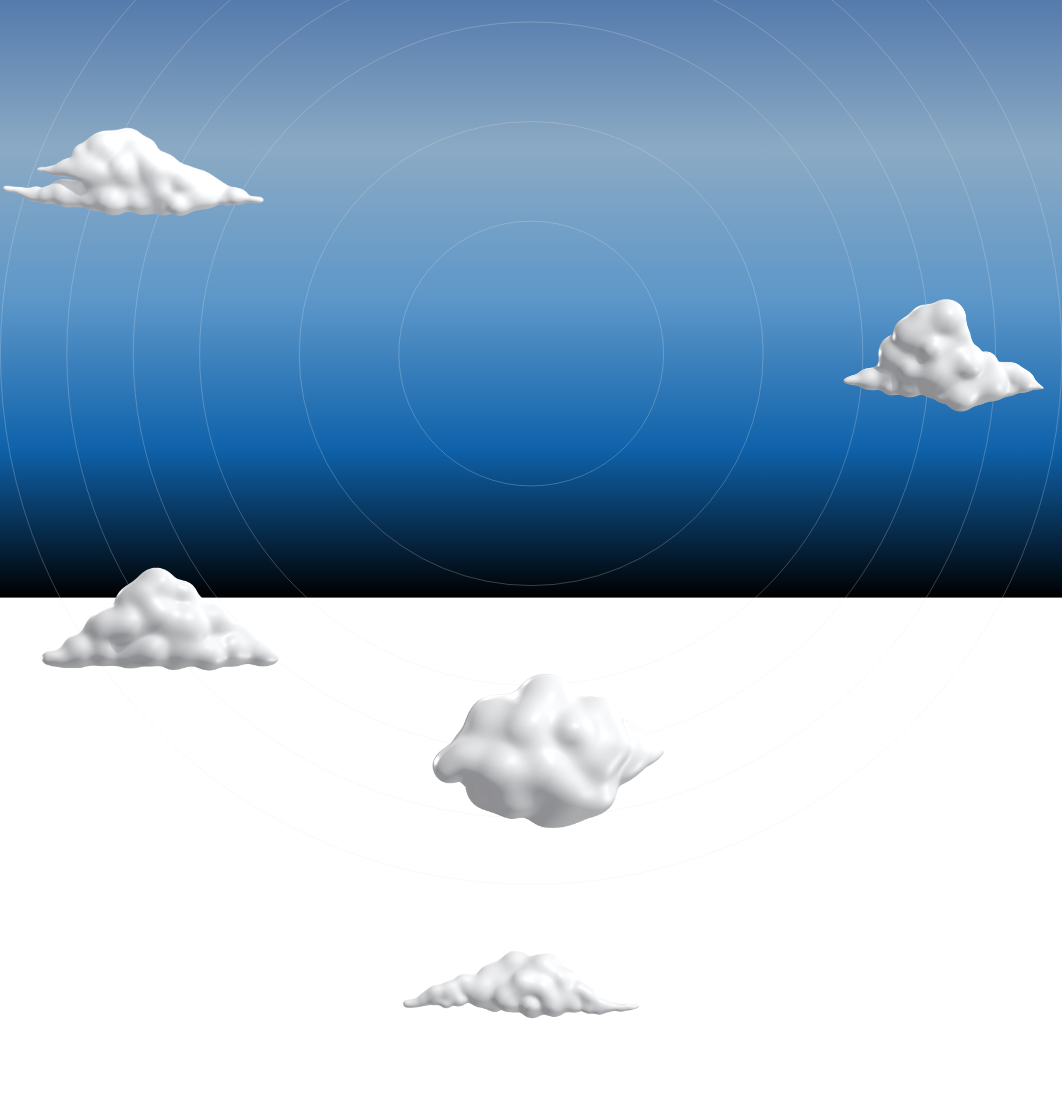
Repository: GG1627/2d-portfolio
Page: /
An editor plug-in stored every save of this project. The page is shown before and after the next save, followed by the edit.
The browser window is 1280 px wide. The pictures show the whole page, at 83% of full size.
The project was rebuilt for these pictures with package versions that can differ from the ones it lists, and the page was loaded fresh each time. The framework's server and built-in components were replaced by stand-ins that run in the browser. Also part of the build but not shown: next.config.ts.

Above is the page before, as saved 2025-01-07 15:28:13.

### app/page.tsx
import Image from "next/image";
import { Hero } from "./components/ui/Hero";

export default function Home() {
  return (
    <div>
      <Hero />
    </div>
  );
}

### app/components/ui/Hero.tsx
"use client";
import Image from "next/image";
import profilepic from "../assets/profilepic.png";
import { TypeAnimation } from "react-type-animation";
import React, { useRef } from "react";
import ParallaxClouds from "./Clouds";

export const Hero = () => {
  const parallaxRef = useRef<HTMLDivElement>(null); // Keeps it flexible

  return (
    <div
      style={{
        background:
          "linear-gradient(180deg, #557BAD, #8BAAC4, #5D97C9, #0F62AB, #000)",
      }}
      className="overflow-x-clip min-h-screen pt-12 flex items-center justify-center"
    >
      <ParallaxClouds />
    </div>
  );
};

### app/components/ui/Clouds.tsx
import React, { useEffect, useState } from "react";
import Cloud1 from "../../assets/cloud1.png";
import Cloud2 from "../../assets/cloud2.png";
import Cloud3 from "../../assets/cloud3.png";
import Cloud4 from "../../assets/cloud4.png";
import Cloud5 from "../../assets/cloud5.png";
import Image from "next/image";
import { Circles } from "./Circles";

const ParallaxClouds = () => {
  const [mousePosition, setMousePosition] = useState({ x: 0, y: 0 });
  const [cloudsPosition, setCloudsPosition] = useState({
    cloud1: { x: 0, y: 0 },
    cloud2: { x: 0, y: 0 },
    cloud3: { x: 0, y: 0 },
    cloud4: { x: 0, y: 0 },
    cloud5: { x: 0, y: 0 },
  });

  // Track mouse position
  const handleMouseMove = (e: MouseEvent) => {
    const { clientX, clientY } = e;
    setMousePosition({ x: clientX, y: clientY });
  };

  // Calculate cloud positions based on mouse position
  useEffect(() => {
    const updateCloudPositions = () => {
      setCloudsPosition({
        cloud1: {
          x: (mousePosition.x - window.innerWidth / 2) * 0.05,
          y: (mousePosition.y - window.innerHeight / 2) * 0.05,
        },
        cloud2: {
          x: (mousePosition.x - window.innerWidth / 2) * 0.1,
          y: (mousePosition.y - window.innerHeight / 2) * 0.1,
        },
        cloud3: {
          x: (mousePosition.x - window.innerWidth / 2) * 0.15,
          y: (mousePosition.y - window.innerHeight / 2) * 0.15,
        },
        cloud4: {
          x: (mousePosition.x - window.innerWidth / 2) * 0.2,
          y: (mousePosition.y - window.innerHeight / 2) * 0.2,
        },
        cloud5: {
          x: (mousePosition.x - window.innerWidth / 2) * 0.25,
          y: (mousePosition.y - window.innerHeight / 2) * 0.25,
        },
      });
    };

    updateCloudPositions();
  }, [mousePosition]); // Update whenever the mouse position changes

  // Add event listener for mouse movement
  useEffect(() => {
    window.addEventListener("mousemove", handleMouseMove);

    // Clean up the event listener
    return () => {
      window.removeEventListener("mousemove", handleMouseMove);
    };
  }, []);

  return (
    <div className="absolute top-[-45%] left-[50%] w-[78rem] -translate-x-1/2 aspect-square">
      <Circles />
      <Image
        src={Cloud1}
        alt="cloud 1"
        className="relative"
        style={{
          left: `calc(0% + ${cloudsPosition.cloud1.x}px)`,
          top: `calc(30% + ${cloudsPosition.cloud1.y}px)`,
          width: "350px", // Make the cloud smaller
          transition: "transform 0.1s ease-out",
        }}
      />
      <Image
        src={Cloud2}
        alt="cloud 2"
        className="relative"
        style={{
          left: `calc(85% + ${cloudsPosition.cloud2.x}px)`,
          top: `calc(25% + ${cloudsPosition.cloud2.y}px)`,
          width: "250px", // Make the cloud smaller
          transition: "transform 0.1s ease-out",
        }}
      />
      <Image
        src={Cloud3}
        alt="cloud 3"
        className="relative"
        style={{
          left: `calc(10% + ${cloudsPosition.cloud3.x}px)`,
          top: `calc(30% + ${cloudsPosition.cloud3.y}px)`,
          width: "300px", // Make the cloud smaller
          transition: "transform 0.1s ease-out",
        }}
      />
      <Image
        src={Cloud4}
        alt="cloud 4"
        className="relative"
        style={{
          left: `calc(50% + ${cloudsPosition.cloud4.x}px)`,
          top: `calc(20% + ${cloudsPosition.cloud4.y}px)`,
          width: "300px", // Make the cloud smaller
          transition: "transform 0.1s ease-out",
        }}
      />
      <Image
        src={Cloud5}
        alt="cloud 5"
        className="relative"
        style={{
          left: `calc(50% + ${cloudsPosition.cloud5.x}px)`,
          top: `calc(20% + ${cloudsPosition.cloud5.y}px)`,
          width: "300px", // Make the cloud smaller

          transition: "transform 0.1s ease-out",
        }}
      />
    </div>
  );
};

export default ParallaxClouds;

### app/components/ui/Circles.tsx
export const Circles = () => {
  return (
    <>
      <div className="aspect-square absolute opacity-30 top-1/2 left-1/2 w-[60rem] border rounded-full -translate-x-1/2 -translate-y-1/2"></div>
      <div className="aspect-square absolute opacity-30 top-1/2 left-1/2 w-[50rem] border rounded-full -translate-x-1/2 -translate-y-1/2"></div>
      <div className="aspect-square absolute opacity-30 top-1/2 left-1/2 w-[35rem] border rounded-full -translate-x-1/2 -translate-y-1/2"></div>
      <div className="aspect-square absolute opacity-30 top-1/2 left-1/2 w-[20rem] border rounded-full -translate-x-1/2 -translate-y-1/2"></div>
      <div className="aspect-square absolute opacity-30 top-1/2 left-1/2 w-[70rem] border rounded-full -translate-x-1/2 -translate-y-1/2"></div>
      <div className="aspect-square absolute opacity-30 top-1/2 left-1/2 w-[80rem] border rounded-full -translate-x-1/2 -translate-y-1/2"></div>
    </>
  );
};

Loaded but not shown: app/layout.tsx (common file); app/globals.css (common file); tailwind.config.ts (common file)

After the next save:
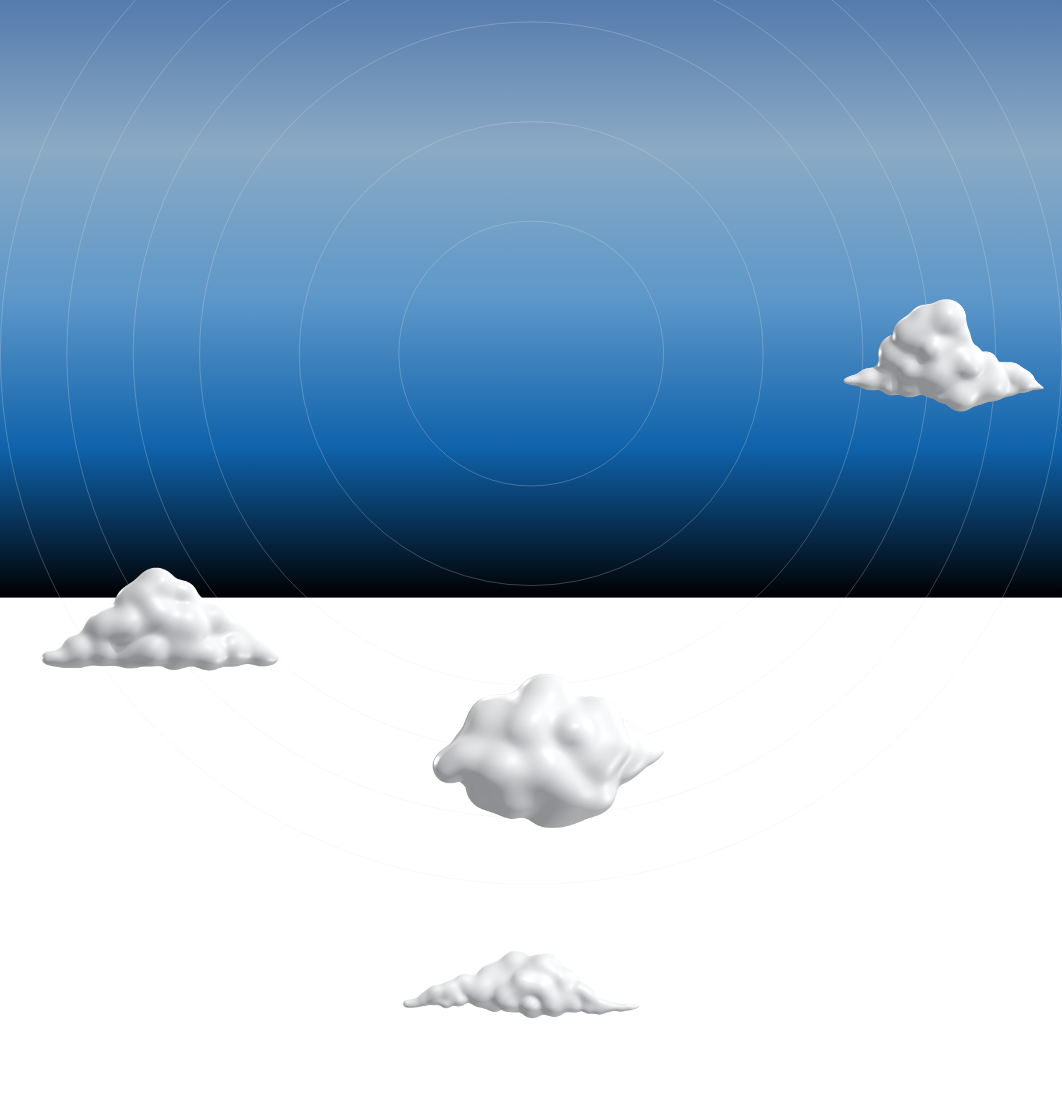
Saved 21 s later.
--- a/app/components/ui/Clouds.tsx
+++ b/app/components/ui/Clouds.tsx
@@ -72,7 +72,7 @@
         className="relative"
         style={{
           left: `calc(0% + ${cloudsPosition.cloud1.x}px)`,
-          top: `calc(30% + ${cloudsPosition.cloud1.y}px)`,
+          top: `calc(0% + ${cloudsPosition.cloud1.y}px)`,
           width: "350px", // Make the cloud smaller
           transition: "transform 0.1s ease-out",
         }}
